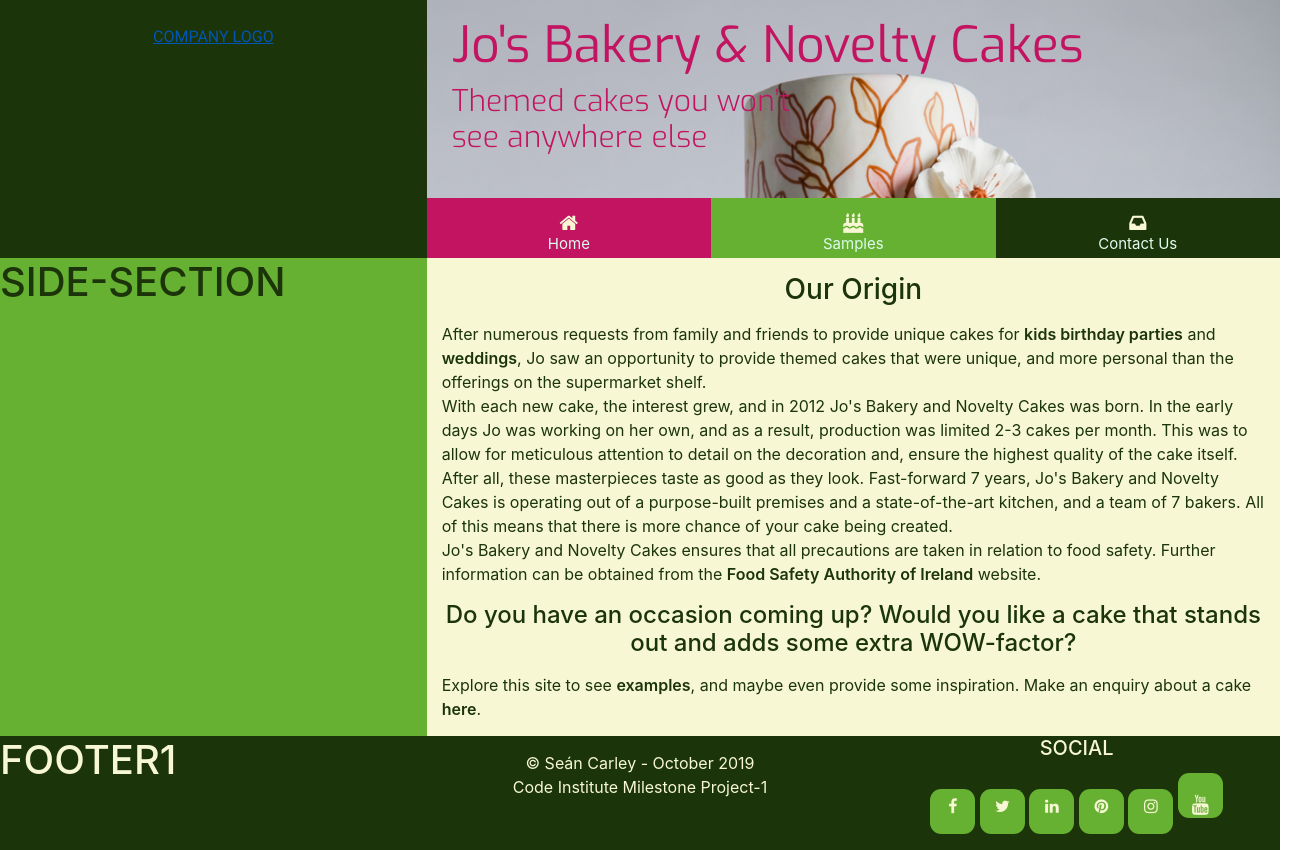
Repository: seanjcarley/Milestone1
Page: index.html
The author's editor kept a record of every edit. The page is drawn from the files as they stood at one moment, then again after the next edit.
The browser window is 1280 px wide. The page is 1295 px wide, so the pictures cover 1295 px, including what lies to the right of the window. The pictures show the whole page.

Above is the page before.

### index.html
<!DOCTYPE html>
<html lang="en">

<head>
    <meta charset="UTF-8">
    <meta name="viewport" content="width=device-width, initial-scale=1.0">
    <meta http-equiv="X-UA-Compatible" content="ie=edge">
    <link rel="stylesheet" href="https://stackpath.bootstrapcdn.com/bootstrap/4.3.1/css/bootstrap.min.css" type="text/css" />
    <link rel="stylesheet" href="https://stackpath.bootstrapcdn.com/font-awesome/4.7.0/css/font-awesome.min.css" type="text/css">
    <link rel="stylesheet" href="https://cdnjs.cloudflare.com/ajax/libs/hover.css/2.3.1/css/hover-min.css" type="text/css">
    <link rel="stylesheet" href="css/style.css">
    <title>Jo's Bakery and Novelty Cakes</title>
</head>

<body>
    <header>
        <div class="row no-gutters">
            <a href="#" class="col-md-4 logo">COMPANY LOGO</a>
            <div class="col-md-8 cake-image">
                <div class="row no-gutters">
                    <div class="col page-header">
                        <h1 class="name caps">Jo's Bakery & Novelty Cakes</h1>
                        <h2 class="tag-line caps">Themed cakes you won’t<br/>see anywhere else</h2>
                    </div>
                </div>
                <div class="row no-gutters">
                    <div class="col">
                        <ul id="nav" class="list-inline menucontainer">
                            <li class="col col-sm-4 menu-item-color-home list-inline-item menuitem">
                                <a href="index.html"><i class="fa fa-home" aria-hidden="true"></i><span>Home</span></a>
                            </li>
                            <li class="col col-sm-4 menu-item-color-samples list-inline-item menuitem">
                                <a href="#"><i class="fa fa-birthday-cake" aria-hidden="true"></i><span>Samples</span></a>
                            </li>
                            <li class="col col-sm-4 menu-item-color-contact list-inline-item menuitem">
                                <a href="#"><i class="fa fa-inbox" aria-hidden="true"></i><span>Contact Us</span></a>
                            </li>
                        </ul>
                    </div>
                </div>
            </div>
        </div>
    </header>
    <section class="section-color">
        <div class="row no-gutters">
            <div class="col-md-4 side-section desktop">
                <h1>SIDE-SECTION</h1>
            </div>
            <div class="col-md-8 main-section">
                <!--<h1>MAIN-SECTION</h1>-->
                <h3 class="origin">Our Origin</h3>
                <p class="section-txt">
                    After numerous requests from family and friends to provide
                    unique cakes for <a href="#"><span class="bold">kids
                    birthday parties</span></a> and <a href="#"><span class="bold">weddings</span></a>,
                    Jo saw an opportunity to provide themed
                    cakes that were unique, and more personal than the offerings
                    on the supermarket shelf.
                    <br/> With each new cake, the interest grew, and in 2012 Jo's
                    Bakery and Novelty Cakes was born. In the early days Jo was
                    working on her own, and as a result, production was limited
                    2-3 cakes per month. This was to allow for meticulous
                    attention to detail on the decoration and, ensure the highest
                    quality of the cake itself. After all, these masterpieces
                    taste as good as they look. Fast-forward 7 years, Jo's Bakery
                    and Novelty Cakes is operating out of a purpose-built
                    premises and a state-of-the-art kitchen, and a team of 7 bakers.
                    All of this means that there is more chance of your cake being
                    created.
                    <br/> Jo's Bakery and Novelty Cakes ensures that all
                    precautions are taken in relation to food safety. Further
                    information can be obtained from the
                    <a href="https://www.fsai.ie/" target="_blank"><span class="bold">Food Safety Authority of Ireland</span></a> website.
                </p>
                <h4 class="question">Do you have an occasion coming up? Would
                you like a cake that stands out and adds some extra WOW-factor?</h4>
                <p class="section-txt">
                    Explore this site to see <a href="#"><span class="bold">examples</span></a>,
                    and maybe even provide some inspiration. Make an enquiry
                    about a cake <a href="#"><span class="bold">here</span></a>.
                </p>
            </div>
            <!--<div class="col-md-3 side-section desktop">
                <h1>SIDE-SECTION</h1>
            </div>-->
        </div>
    </section>
    <footer class="footer-color">
        <div class="row">
            <div class="col-md-4">
                <h1>FOOTER1</h1>
            </div>
            <div class="col-md-4 copyrite">
                <!--<h1>FOOTER2</h1>-->
                &copy; Seán Carley - October 2019
                <br/> Code Institute Milestone Project-1
            </div>
            <div class="col-md-4 social">
                <!--<h1>FOOTER3</h1>-->
                <h5 class="uppercase uppercase">Social</h5>
                <ul class="list-inline social-icons">
                    <li class="list-inline-item">
                        <a target="_blank" href="#">
                            <i class="fa fa-facebook" aria-hidden="true"></i>
                            <span class="sr-only">Facebook</span> <!-- This will be read by a screen reader. It does not show on the page -->
                        </a>
                    </li>
                    <li class="list-inline-item">
                        <a target="_blank" href="#">
                            <i class="fa fa-twitter" aria-hidden="true"></i>
                            <span class="sr-only">Twitter</span> <!-- This will be read by a screen reader. It does not show on the page -->
                        </a>
                    </li>
                    <li class="list-inline-item">
                        <a target="_blank" href="#">
                            <i class="fa fa-linkedin" aria-hidden="true"></i>
                            <span class="sr-only">LinkedIn</span> <!-- This will be read by a screen reader. It does not show on the page -->
                        </a>
                    </li>
                    <li class="list-inline-item">
                        <a target="_blank" href="#">
                            <i class="fa fa-pinterest" aria-hidden="true"></i>
                            <span class="sr-only">Pinterest</span> <!-- This will be read by a screen reader. It does not show on the page -->
                        </a>
                    </li>
                    <li class="list-inline-item">
                        <a target="_blank" href="#">
                            <i class="fa fa-instagram" aria-hidden="true"></i>
                            <span class="sr-only">Instagram</span> <!-- This will be read by a screen reader. It does not show on the page -->
                        </a>
                    </li>
                    <li class="list-inline-item menuitem">
                        <a target="_blank" href="#">
                            <i class="fa fa-youtube" aria-hidden="true"></i>
                            <span class="sr-only">YouTube</span> <!-- This will be read by a screen reader. It does not show on the page -->
                        </a>
                    </li>
                </ul>
            </div>
        </div>
    </footer>
</body>

</html>

### css/style.css
@import url('https://fonts.googleapis.com/css?family=Roboto:100,200,300,400,500,600,700|Exo:100,200,300,400,500,600,700');

/*----------------------------------------------------------------------------*/
/* Colours */
/*----------------------------------------------------------------------------*/

.menu-item-color-home {
    background-color: #C21460;
    color: #F7F7D4;
}

.menu-item-color-samples {
    background-color: #66B032;
    color: #F7F7D4;
}

.menu-item-color-contact {
    background-color: #1B3409;
    color: #F7F7D4;
}

.section-color {
    background-color: #F7F7D4;
    color: #1B3409;
}

.side-section {
    background-color: #66B032;
}

.footer-color {
    background-color: #1B3409;
    color: #F7F7D4;
}

/*----------------------------------------------------------------------------*/
/* Body */
/*----------------------------------------------------------------------------*/

body {
    margin: 0;
    min-height: 100%;
}

/*----------------------------------------------------------------------------*/
/* Header */
/*----------------------------------------------------------------------------*/

header {
    margin: 20;
    background-color: #fefe33;
}

.cake-image {
    background: url("../images/980x1123Slider_0004_Slider_2_Left.jpg");
    background-size: cover;
}

.page-header {
    margin-top: 15px;
    margin-bottom: 35px;
}

.name {
    font-family: "Exo", sans-serif;
    font-weight: 400;
    font-size: 50px;
    margin-left: 25px;
    color: #C21460;
}

.tag-line {
    font-family: "Exo", sans-serif;
    font-weight: 300;
    font-size: 30px;
    margin-left: 25px;
    color: #C21460;
    /*color: #66B032;*/
}

.logo {
    background: url("#");
    background-position: center;
    background-repeat: no-repeat;
    background-size: cover;
    background-color: #1B3409;
    font-family: "Roboto", sans-serif;
    text-align: center;
    padding-top: 25px;
    min-height: 240px;
}

.list-inline-item:not(:last-child) {
    margin-right: 0;
}

.menucontainer {
    font-size: 0;
}

#nav li {
    font-size: 14px;
    padding: 0;
}

#nav {
    margin: 0;
}

.menuitem {
    height: 60px;
    text-align: center;
    padding: 0;
}

.menuitem a {
    width: 100%;
    text-decoration: none;
    color: #defdef;
    height: 100%;
}

.menuitem a i {
    padding-top: 15px;
    display: block;
    color: #F7F7D4;;
    font-size: 20px;
}

.menuitem span {
    display: block;
    font-size: 15px;
}


/*----------------------------------------------------------------------------*/
/* Section */
/*----------------------------------------------------------------------------*/

section {
    margin: 0;
}

.main-section {
    padding-left: 15px;
}

.origin {
    text-align: center;
    padding-top: 15px;
}

.section-txt {
    margin: 15px;
}
.section-txt a {
    text-decoration: none;
    color: #1B3409;
}

.section-txt a:hover {
    color: #C21460;
}

.question {
    text-align: center;
}

/*----------------------------------------------------------------------------*/
/* Footer */
/*----------------------------------------------------------------------------*/

footer {
    margin: 0;
}

.copyrite {
    text-align: center;
    margin-top: 15px;
}

.social {
    text-align: center;
}

.social-icons li a i {
    width: 45px;
    height: 45px;
    margin-top: 5px;
    border-radius: 25%;
    transition: all 0.35s ease-in-out;
    background-color: #66B032;
    color: #F7F7D4;
    text-align: center;
    line-height: 35px;
    -moz-transition: all 0.35s ease-in-out;
    -webkit-transition: all 0.35s ease-in-out;
    -o-transition: all 0.35s ease-in-out;
}

.social-icons li a i:hover {
    background-color: #C21460;
    color: #66B032;
}

.socialitem span {
    display: block;
    width: 100%;
    font-size: 35px;
}

.bold {
    font-weight: 600;
}

.uppercase {
    text-transform: uppercase;
}

/*----------------------------------------------------------------------------*/
/* Media Queries */
/*----------------------------------------------------------------------------*/

@media (max-width:767px) {
    .logo {
        display: none;
    }

    .page-header {
    margin-top: 15px;
    margin-bottom: 10px;
    color: #F7F7D4;
    }

    .desktop {
        display: none;
    }
}

After the next edit:
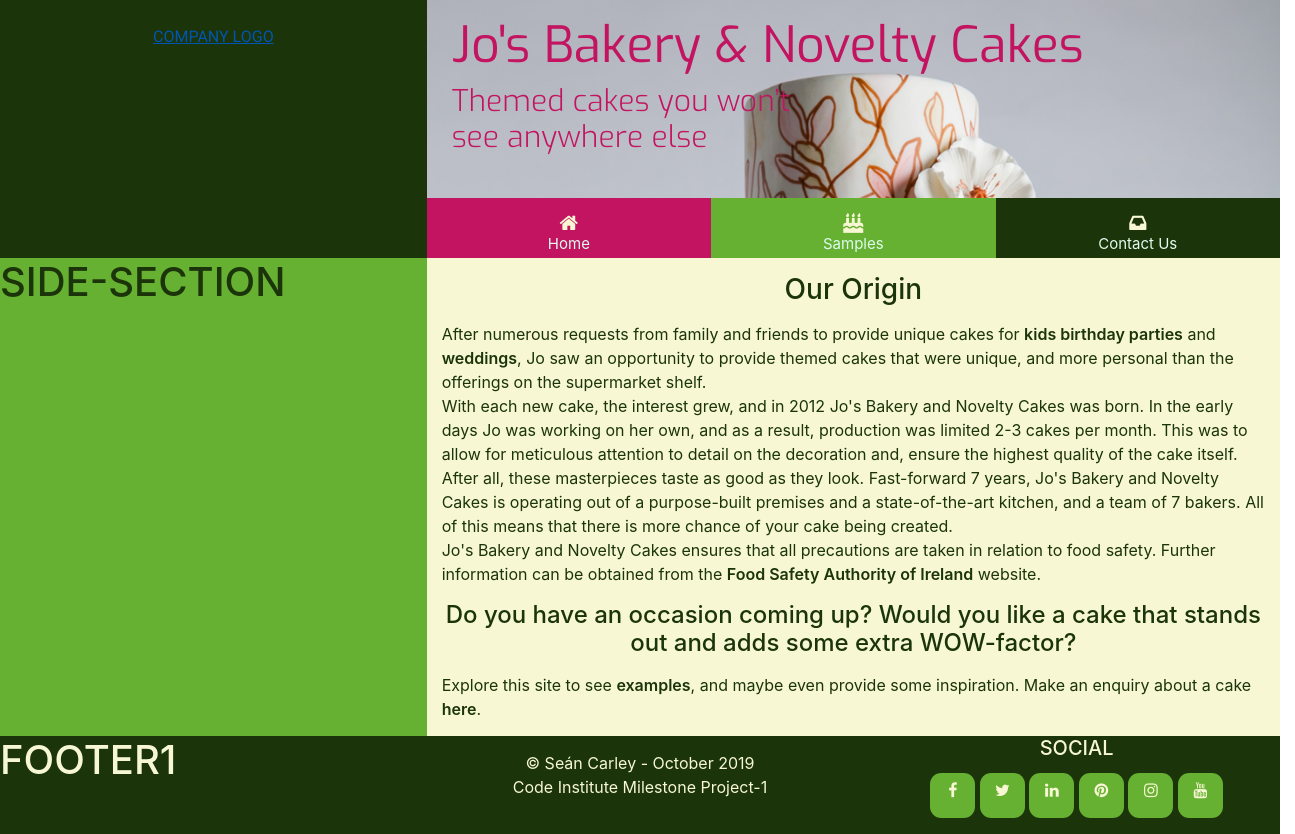
The edit:
--- a/index.html
+++ b/index.html
@@ -129,7 +129,7 @@
                             <span class="sr-only">Instagram</span> <!-- This will be read by a screen reader. It does not show on the page -->
                         </a>
                     </li>
-                    <li class="list-inline-item menuitem">
+                    <li class="list-inline-item">
                         <a target="_blank" href="#">
                             <i class="fa fa-youtube" aria-hidden="true"></i>
                             <span class="sr-only">YouTube</span> <!-- This will be read by a screen reader. It does not show on the page -->
